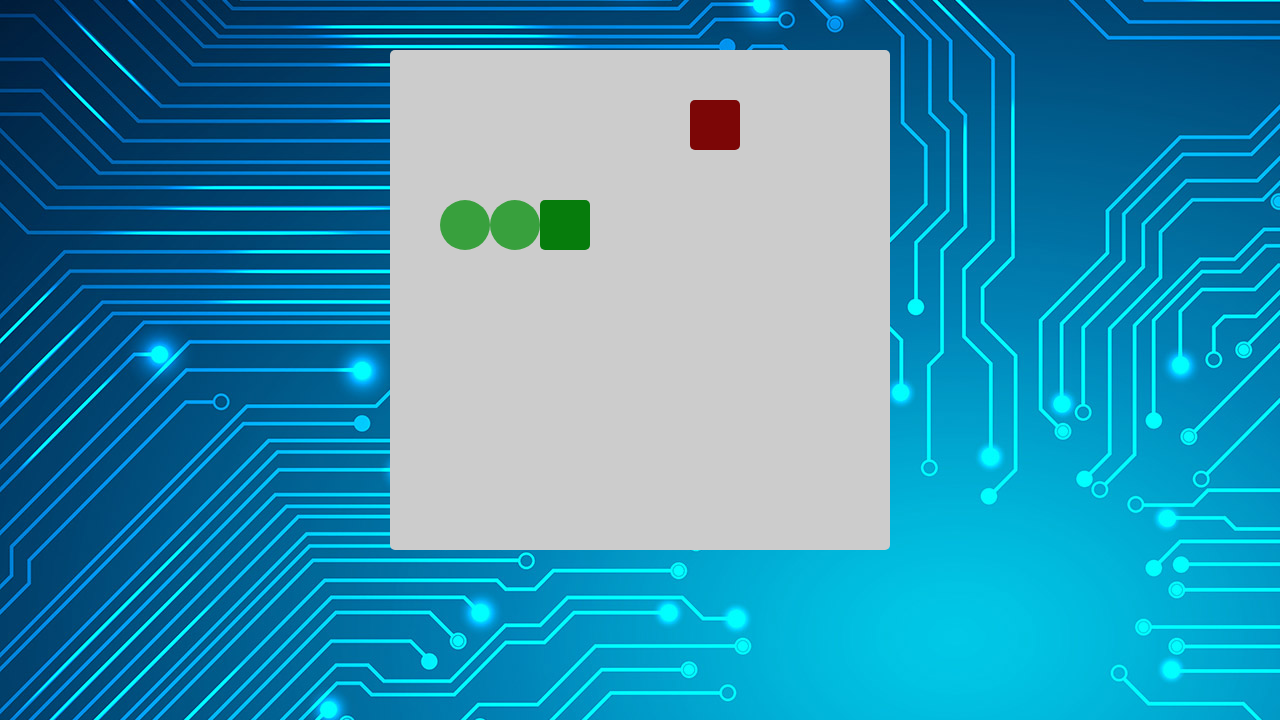
Repository: elvinyeka/SnakeGame
Page: index.html
The author's editor kept a copy of each file at every save. The page is drawn from the files as they stood at one save, then again after the next save.
The browser window is 1280 px wide. The pictures show the whole page.

Above is the page before, as saved 2020-11-07 23:58:16.

### index.html
<!DOCTYPE html>
<html lang="en">
<head>
    <meta charset="UTF-8">
    <meta name="viewport" content="width=device-width, initial-scale=1.0">
    <link rel="stylesheet" href="css/style.css">
    <title>Snake Game</title>
</head>
<body>
    <script src="js/snake.js"></script>
</body>
</html>

### css/style.css
* {
    box-sizing: border-box;
}

body {
    margin: 50px;
    background-image: url(../img/bg-digital.jpg);
}

.ground {
    width: 500px;
    height: 500px;
    margin: 0 auto;
    display: flex;
    flex-wrap: wrap;
    background-color: #cccccc;
    border-radius: 5px;
}

.box{
    width:50px;
    height: 50px;
    padding:5px;
}

.snakeBody {
    background-color: #38a03d;
    background-size: cover;
    border-radius: 50%;
}

.snakeHead {
    background-color: #067c0c;
    background-size: cover;
    border-radius: 10%;
}

.food {
    background-color: #7c0606;
    background-size: cover;
    border-radius: 10%;

}

### js/snake.js
var ground = document.createElement('div');
document.body.appendChild(ground);
ground.classList.add('ground');


for(var i=0; i < 101; i++) {
    var box = document.createElement('div');
    ground.appendChild(box);
    box.classList.add('box');

}

var box = document.getElementsByClassName('box');
var x = 1,
    y = 10;

for(var i=0; i< box.length; i++) {
    if(x>10) {
        x = 1;
        y--;
    }
    box[i].setAttribute('posX', x);
    box[i].setAttribute('posY', y);
    x++;
}


function generateSnake() {
    var posX = Math.round(Math.random() * (10 - 3) + 3);
    var posY = Math.round(Math.random() * (10 - 1) + 1);
    return [posX, posY];
}

var coordinates = generateSnake();
var snakeBody  = [document.querySelector('[posX = "' + coordinates[0] + '"][posY = "' + coordinates[1] + '"]'),
document.querySelector('[posX = "' + (coordinates[0] - 1) + '"][posY = "' + coordinates[1] + '"]'),
document.querySelector('[posX = "' + (coordinates[0] - 2) + '"][posY = "' + coordinates[1] + '"]')];

for(var i = 0; i < snakeBody.length; i++) {
    snakeBody[i].classList.add('snakeBody');
}

snakeBody[0].classList.add('snakeHead');

var food;

function createFood() {
    function generateFood() {
        var posX = Math.round(Math.random() * (10 - 3) + 3);
        var posY = Math.round(Math.random() * (10 - 1) + 1);
        return [posX, posY];
    }

    var foodCoordinates = generateFood();
    food = document.querySelector('[posX = "' + foodCoordinates[0] + '"][posY = "' + foodCoordinates[1] + '"]');

    while(food.classList.contains('snakeBody')) {
        var foodCoordinates = generateFood();
        food = document.querySelector('[posX = "' + foodCoordinates[0] + '"][posY = "' + foodCoordinates[1] + '"]');
    }
    food.classList.add('food');
}

createFood();


function move() {
    var snakeCoordinates = [snake[0].getAttribute(posX), snake[0].getAttribute(posY)];
    snakeBody[0].classList.remove('snakeHead');
    snakeBody[snakeBody.length - 1].classList.remove('snakeBody');
    snakeBody.pop();


    snakeBody.unshift(document.querySelector('[posX = "' + ( + snakeCoordinates[0] + 1) + '"][posY = "' + snakeCoordinates[1] + '"]'));

    snakeBody[0].classList.add('snakeHead');
}

After the next save:
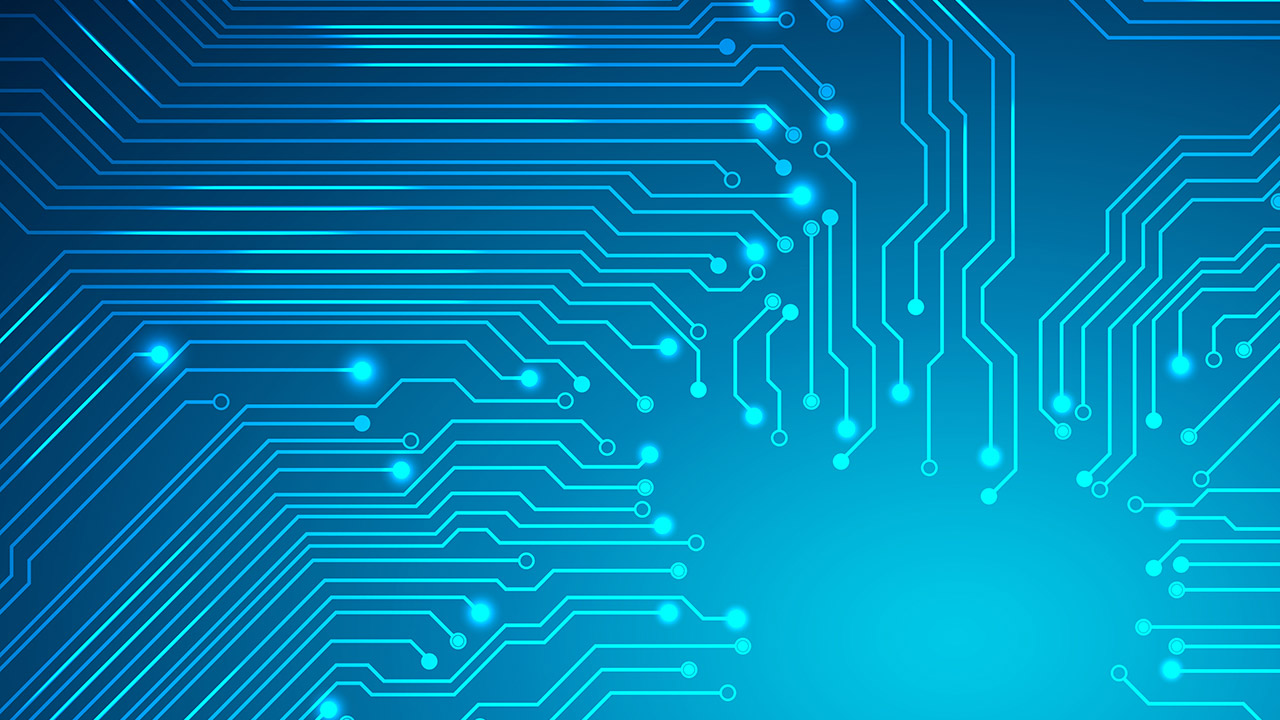
Console error: SyntaxError: Unexpected end of input
Saved 43 s later.
--- a/js/snake.js
+++ b/js/snake.js
@@ -74,4 +74,6 @@
     snakeBody.unshift(document.querySelector('[posX = "' + ( + snakeCoordinates[0] + 1) + '"][posY = "' + snakeCoordinates[1] + '"]'));
 
     snakeBody[0].classList.add('snakeHead');
+    for(var i = 0; i < snakeBody.length; i++) {
+        snakeBody[i].classList.add('snakeBody');
 }

After the save that followed:
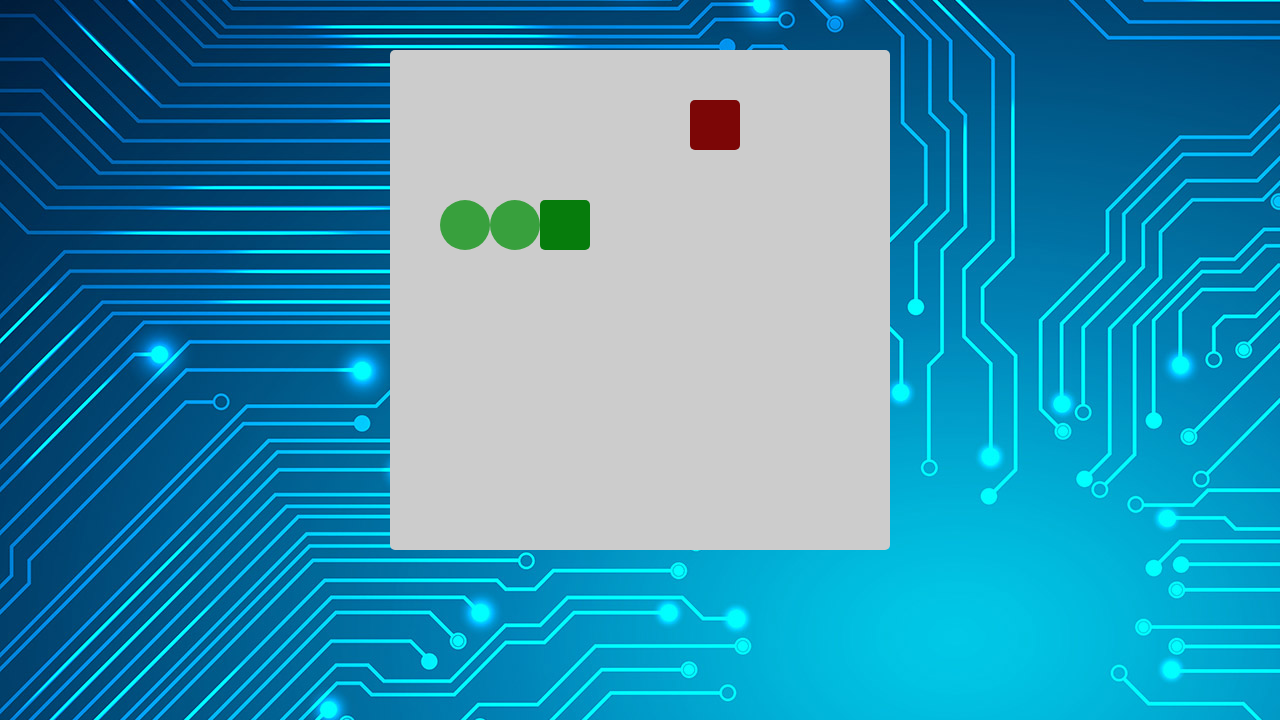
The error is gone.
Saved 29 s later.
--- a/js/snake.js
+++ b/js/snake.js
@@ -76,4 +76,5 @@
     snakeBody[0].classList.add('snakeHead');
     for(var i = 0; i < snakeBody.length; i++) {
         snakeBody[i].classList.add('snakeBody');
+    }
 }
